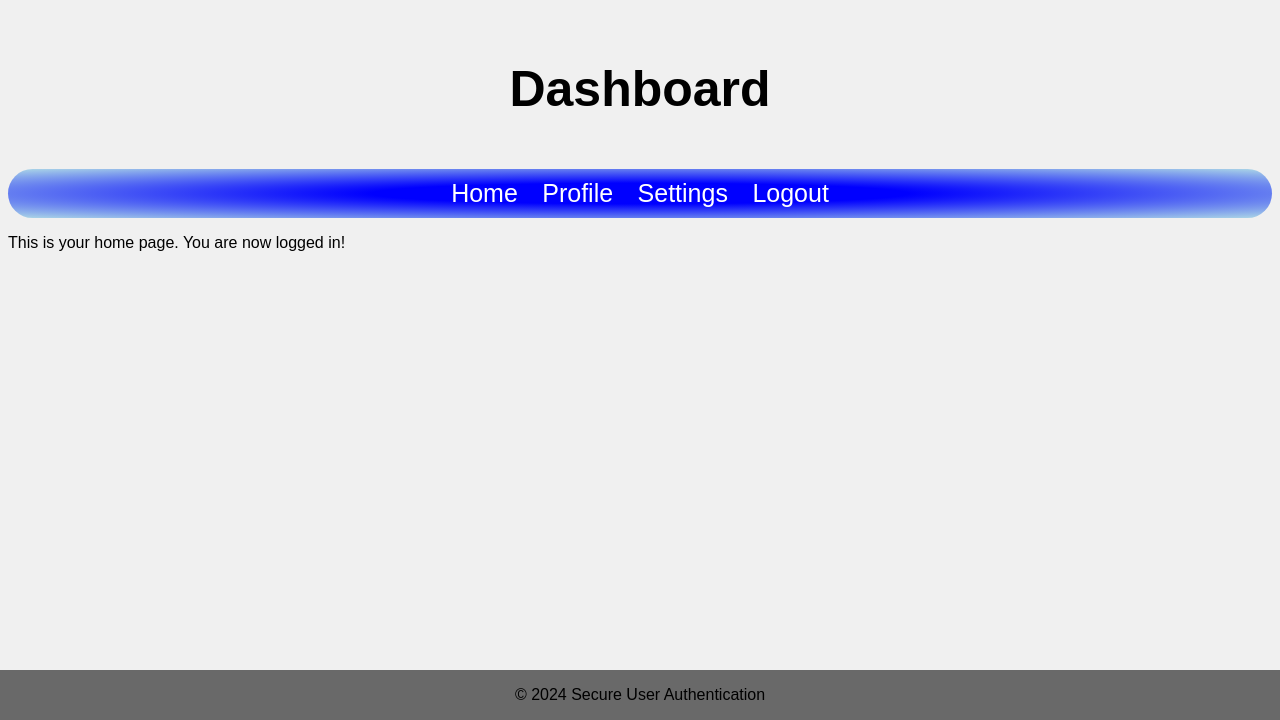
Repository: SriramulaNamithaReddy/Internship_projects
Page: http://localhost/home
The author's editor kept a copy of each file at every save. The page is drawn from the files as they stood at one save, then again after the next save.
The browser window is 1280 px wide. The pictures show the whole page.
The page is this project's Thymeleaf template; nobody is signed in. The template is opened directly, without the code that normally fills it, so the values that code supplies are empty.

Above is the page before, as saved 2024-10-12 07:33:51.

After the next save:
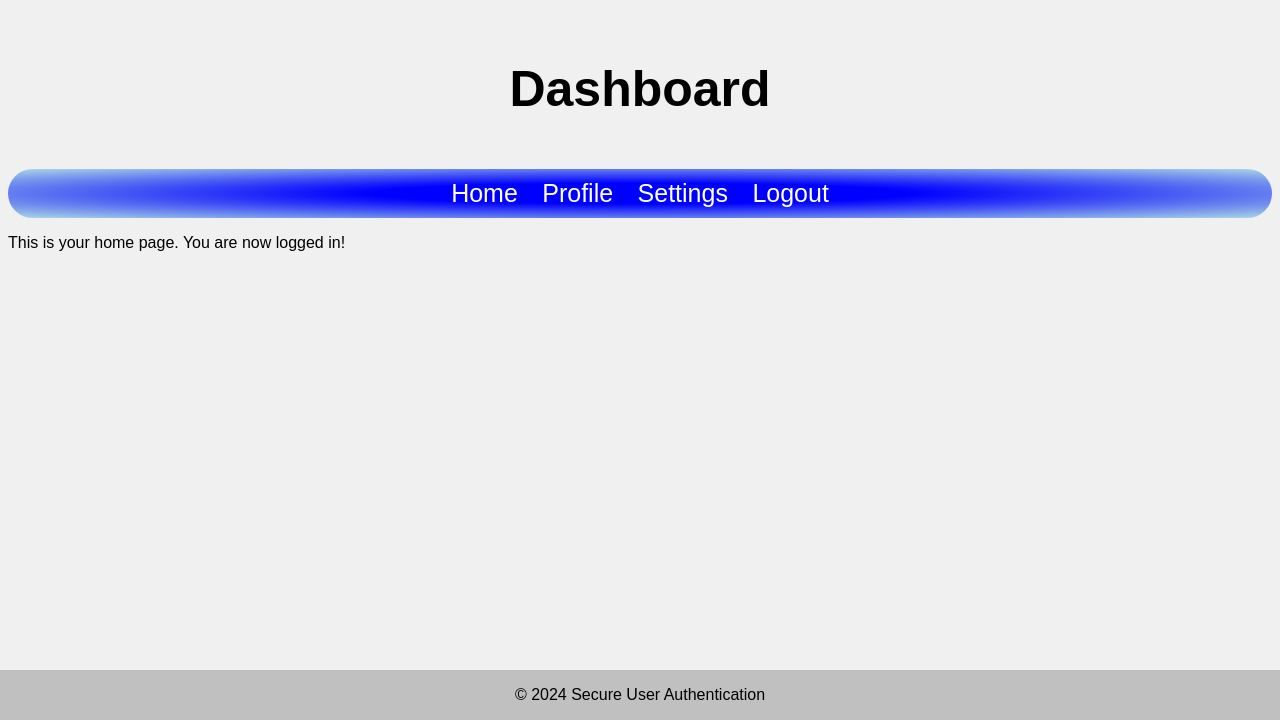
Saved 35 s later.
--- a/SecureUserAuthentication/src/main/resources/templates/home.html
+++ b/SecureUserAuthentication/src/main/resources/templates/home.html
@@ -37,7 +37,7 @@
 			font-size: 25px;
 		}
 		footer {
-			background-color: dimgrey;
+			background-color: rgb(192, 192, 192);
 			text-align: center;
 		    flex-grow: 0;
 		    flex-shrink: 0;
